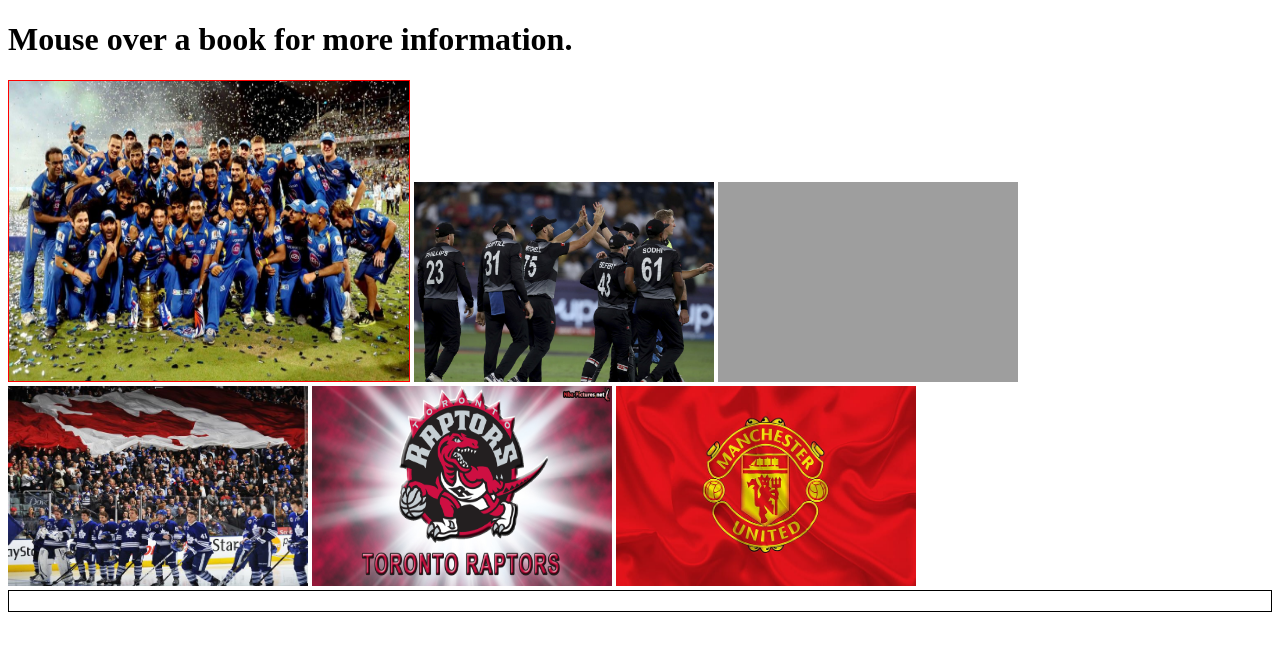
Repository: devanshudave1901/DevanshuDave_Sec002_ICE-05
Page: SwitchContent.html
An editor plug-in stored every save of this project. The page is shown before and after the next save, followed by the edit.
The browser window is 1280 px wide. The pictures show the whole page.
The pointer rests on the first visible `img`.
Pictures or frames that could not be fetched are drawn as grey boxes.

Above is the page before, as saved 2022-03-20 22:03:02.

After the next save:
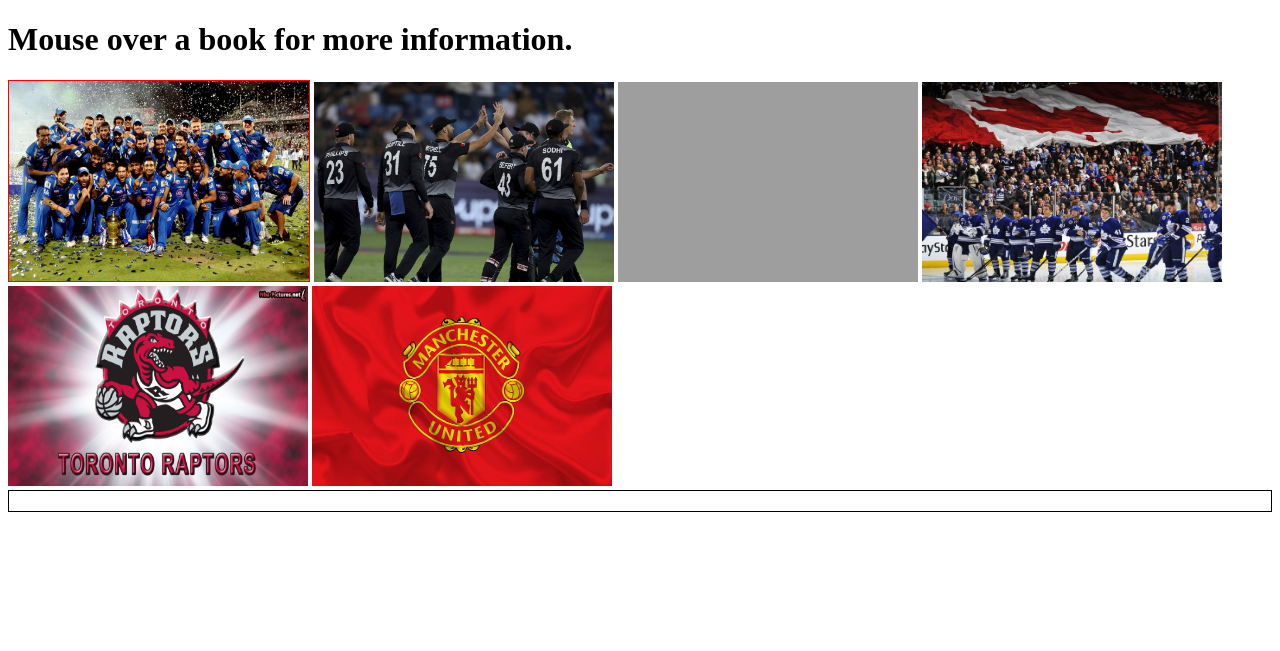
Saved 18 s later.
--- a/SwitchContent.html
+++ b/SwitchContent.html
@@ -15,8 +15,7 @@
       }
       img:hover{
           border: 1px solid red;
-          height: 300px;
-          width: 400px;
+
       }
    </style>
    <title>ICE 05 - Switch Content Asynchronously</title>
